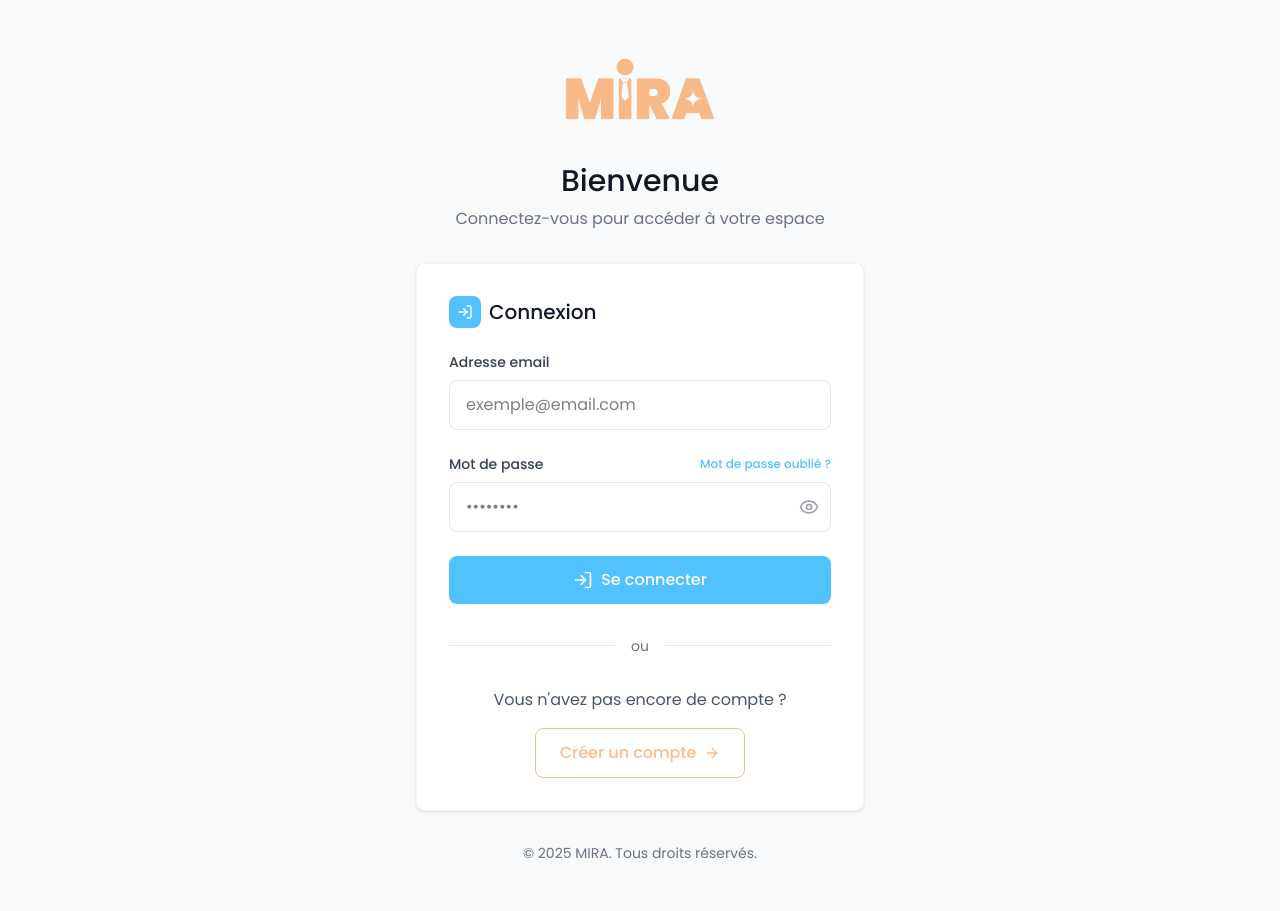
Repository: vladimirmoulart/mira-website
Page: /connexion
The author's editor kept a copy of each file at every save. The page is drawn from the files as they stood at one save, then again after a run of saves.
The browser window is 1280 px wide. The pictures show the whole page.
The page's requests for data from a server got no answer. The project was rebuilt for these pictures with package versions that can differ from the ones it lists, and the page was loaded fresh each time. The framework's server and built-in components were replaced by stand-ins that run in the browser. No one was signed in, and anything a server would have sent is missing. Also part of the build but not shown: next.config.ts.

Above is the page before, as saved 2025-06-03 22:48:19.

### src/app/connexion/page.tsx
"use client"

import type React from "react"

import { useState } from "react"
import Link from "next/link"
import Image from "next/image"
import { supabase } from "../../../lib/supabaseClient"
import { Eye, EyeOff, LogIn, AlertCircle, CheckCircle, Loader2, ArrowRight } from "lucide-react"

export default function Connexion() {
  const [email, setEmail] = useState("")
  const [password, setPassword] = useState("")
  const [errorMessage, setErrorMessage] = useState("")
  const [successMessage, setSuccessMessage] = useState("")
  const [isLoading, setIsLoading] = useState(false)
  const [showPassword, setShowPassword] = useState(false)

  const handleSubmit = async (e: React.FormEvent) => {
    e.preventDefault()
    setErrorMessage("")
    setSuccessMessage("")
    setIsLoading(true)

    try {
      const { data, error } = await supabase.auth.signInWithPassword({
        email,
        password,
      })

      if (error) {
        setErrorMessage(error.message)
        return
      }

      setSuccessMessage("Connexion réussie ! Redirection...")

      setTimeout(() => {
        window.location.href = "/dashboard/feed"
      }, 1500)
    } catch (error) {
      setErrorMessage("Une erreur inattendue s'est produite. Veuillez réessayer.")
      console.error("Login error:", error)
    } finally {
      setIsLoading(false)
    }
  }

  return (
    <div className="min-h-screen bg-gray-50 mt--13 flex flex-col items-center justify-center px-4 py-12">
      <div className="w-full max-w-md">
        {/* Logo and header */}
        <div className="text-center mb-8">
          <div className="flex justify-center mb-6">
            <Image src="/images/logo-mira.png" alt="Logo MIRA" width={150} height={150} priority />
          </div>
          <h1 className="text-3xl font-medium text-gray-900">Bienvenue</h1>
          <p className="text-gray-500 mt-2">Connectez-vous pour accéder à votre espace</p>
        </div>

        {/* Card */}
        <div className="bg-white rounded-lg shadow-sm border border-gray-100 p-8">
          <h2 className="text-xl font-medium text-gray-900 mb-6 flex items-center gap-2">
            <div className="w-8 h-8 bg-[#52c1ff] rounded-lg flex items-center justify-center">
              <LogIn className="w-4 h-4 text-white" />
            </div>
            Connexion
          </h2>

          {/* Status messages */}
          {successMessage && (
            <div className="mb-6 p-4 bg-green-50 rounded-lg flex items-center gap-3 border border-green-200">
              <CheckCircle className="w-5 h-5 text-green-500 flex-shrink-0" />
              <p className="text-green-800 text-sm">{successMessage}</p>
            </div>
          )}

          {errorMessage && (
            <div className="mb-6 p-4 bg-red-50 rounded-lg flex items-center gap-3 border border-red-200">
              <AlertCircle className="w-5 h-5 text-red-500 flex-shrink-0" />
              <p className="text-red-800 text-sm">{errorMessage}</p>
            </div>
          )}

          {/* Form */}
          <form onSubmit={handleSubmit} className="space-y-6">
            <div className="space-y-2">
              <label htmlFor="email" className="block text-sm font-medium text-gray-700">
                Adresse email
              </label>
              <input
                id="email"
                type="email"
                placeholder="exemple@email.com"
                required
                value={email}
                onChange={(e) => setEmail(e.target.value)}
                className="w-full px-4 py-3 border border-gray-200 rounded-lg focus:outline-none focus:ring-2 focus:ring-[#52c1ff] focus:border-transparent transition-all"
                disabled={isLoading}
              />
            </div>

            <div className="space-y-2">
              <div className="flex items-center justify-between">
                <label htmlFor="password" className="block text-sm font-medium text-gray-700">
                  Mot de passe
                </label>
                <Link
                  href="/mot-de-passe-oublie"
                  className="text-xs font-medium text-[#52c1ff] hover:text-[#52c1ff]/80 transition-colors"
                >
                  Mot de passe oublié ?
                </Link>
              </div>
              <div className="relative">
                <input
                  id="password"
                  type={showPassword ? "text" : "password"}
                  placeholder="••••••••"
                  required
                  value={password}
                  onChange={(e) => setPassword(e.target.value)}
                  className="w-full px-4 py-3 border border-gray-200 rounded-lg focus:outline-none focus:ring-2 focus:ring-[#52c1ff] focus:border-transparent transition-all pr-10"
                  disabled={isLoading}
                />
                <button
                  type="button"
                  onClick={() => setShowPassword(!showPassword)}
                  className="absolute right-3 top-1/2 transform -translate-y-1/2 text-gray-400 hover:text-gray-600 transition-colors"
                  tabIndex={-1}
                >
                  {showPassword ? <EyeOff className="w-5 h-5" /> : <Eye className="w-5 h-5" />}
                </button>
              </div>
            </div>

            <button
              type="submit"
              disabled={isLoading}
              className="w-full py-3 px-4 bg-[#52c1ff] hover:bg-[#52c1ff]/90 text-white font-medium rounded-lg transition-colors flex items-center justify-center gap-2 disabled:opacity-50 disabled:cursor-not-allowed"
            >
              {isLoading ? (
                <>
                  <Loader2 className="w-5 h-5 animate-spin" />
                  Connexion en cours...
                </>
              ) : (
                <>
                  <LogIn className="w-5 h-5" />
                  Se connecter
                </>
              )}
            </button>
          </form>

          {/* Divider */}
          <div className="relative my-8">
            <div className="absolute inset-0 flex items-center">
              <div className="w-full border-t border-gray-200"></div>
            </div>
            <div className="relative flex justify-center text-sm">
              <span className="px-4 bg-white text-gray-500">ou</span>
            </div>
          </div>

          {/* Registration link */}
          <div className="text-center">
            <p className="text-gray-600 mb-4">Vous n'avez pas encore de compte ?</p>
            <Link
              href="/inscription"
              className="inline-flex items-center justify-center gap-2 py-3 px-6 bg-white border border-[#ffbb88] text-[#ffbb88] font-medium rounded-lg hover:bg-[#ffbb88] hover:text-white transition-all duration-300"
            >
              Créer un compte
              <ArrowRight className="w-4 h-4" />
            </Link>
          </div>
        </div>

        {/* Footer */}
        <div className="mt-8 text-center text-sm text-gray-500">
          <p>© {new Date().getFullYear()} MIRA. Tous droits réservés.</p>
        </div>
      </div>
    </div>
  )
}

### src/app/globals.css
@import "tailwindcss";

:root {
  --background: #ffffff;
  --foreground: black;
}

@theme inline {
  --color-background: var(--background);
  --color-foreground: var(--foreground);
  --font-sans: var(--font-geist-sans);
  --font-mono: var(--font-geist-mono);
}

@media (prefers-color-scheme: dark) {
  :root {
    --background: #ffffff;
    --foreground: black;
  }
}

body {
  background: var(--background);
  color: var(--foreground);
  font-family: var(--font-poppins), sans-serif;
}

### lib/supabaseClient.ts
// lib/supabaseClient.ts
import { createPagesBrowserClient } from '@supabase/auth-helpers-nextjs'

const supabaseUrl = process.env.NEXT_PUBLIC_SUPABASE_URL!
const supabaseAnonKey = process.env.NEXT_PUBLIC_SUPABASE_ANON_KEY!

export const supabase = createPagesBrowserClient()

Loaded but not shown: src/app/layout.tsx (common file)

After the next 2 saves:
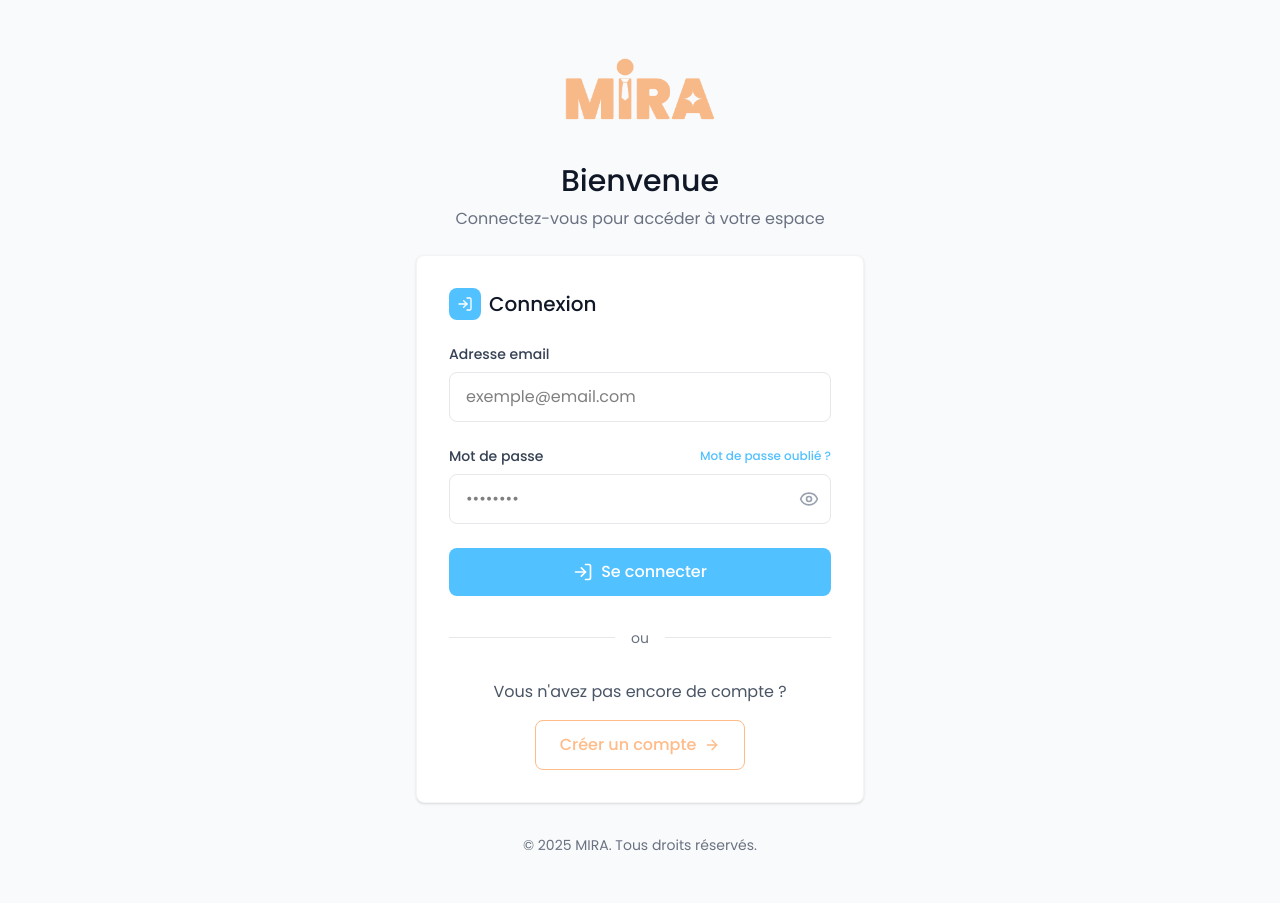
The 2 saves are shown as one change because they came seconds apart.
The last was saved 16 s later.
--- a/src/app/connexion/page.tsx
+++ b/src/app/connexion/page.tsx
@@ -47,10 +47,10 @@ export default function Connexion() {
   }
 
   return (
-    <div className="min-h-screen bg-gray-50 mt--13 flex flex-col items-center justify-center px-4 py-12">
+    <div className="min-h-screen bg-gray-50 mt--10 flex flex-col items-center justify-center px-4 py-12">
       <div className="w-full max-w-md">
         {/* Logo and header */}
-        <div className="text-center mb-8">
+        <div className="text-center mb-6">
           <div className="flex justify-center mb-6">
             <Image src="/images/logo-mira.png" alt="Logo MIRA" width={150} height={150} priority />
           </div>
